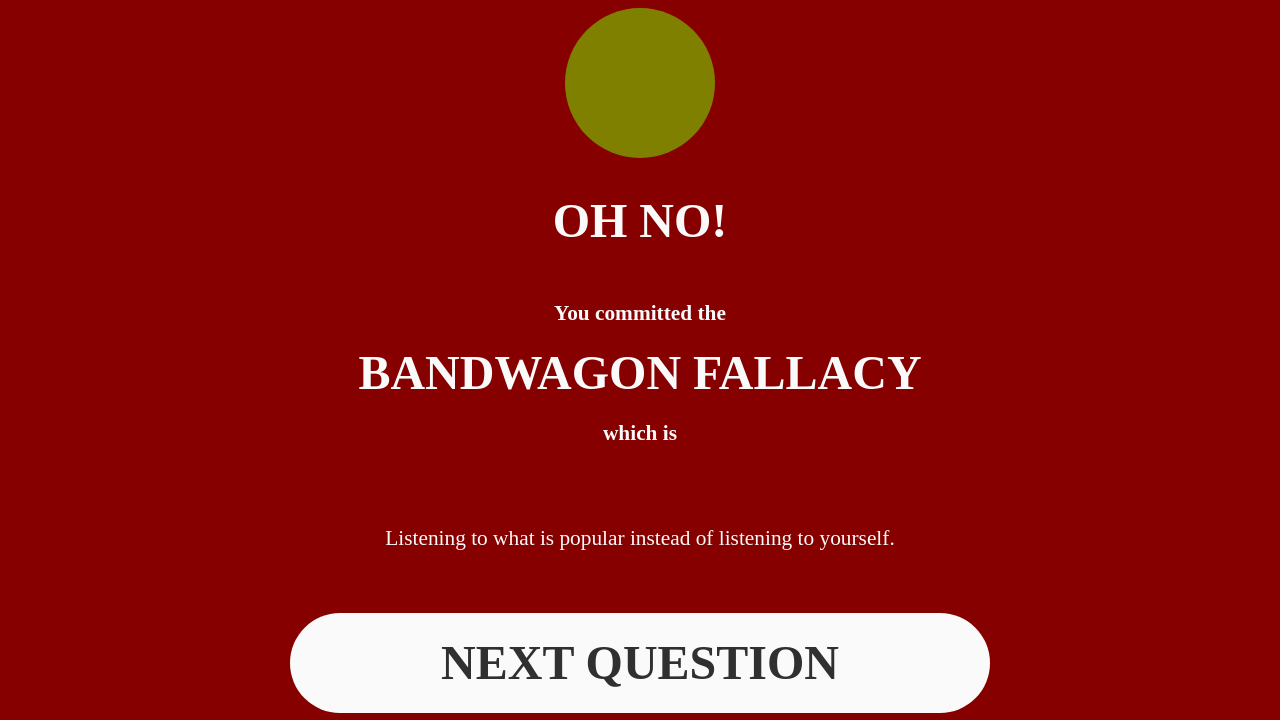
Repository: cindyvunguyen/fallacy
Page: index.html
The author's editor kept a copy of each file at every save. The page is drawn from the files as they stood at one save, then again after the next save.
The browser window is 1280 px wide. The pictures show the whole page.
After loading, the first visible `button.white-button` was clicked once.
Some web fonts or font styles are not loaded; a fallback is used.

Above is the page before, as saved 2020-03-13 14:29:04.

### index.html
<!DOCTYPE html>
<html lang="en">
<head>
    <meta charset="UTF-8">
    <meta name="viewport" content="width=device-width, initial-scale=1.0">
    <title>FALLACIES</title>
    <link href="style.css" rel="stylesheet" type="text/css">
</head>
<body>
    <div id="app">

        <!-- CINDY START -->

        <div id="home-page"></div>

        <div id="lets-start-page"></div>

        <div id="question-page"></div>

        <!-- CINDY END -->

        <!-- SOPHIA START -->

        <!-- when making it one page -->

        <div id="correct-incorrect-page">
            <div id="icon"></div>
            <div id="cip-text1">HORRAY!</div> <!-- incorrect, change to "oh no!" -->
            <div id="cip-a-outcome">
                <div id="cip-text2">You avoided the</div> <!-- icorrect, change to "you committed the"-->
                <div id="cip-fallacy">BANDWAGON FALLACY</div>
                <div id="cip-text2">which is</div>
            </div>
            <div id="cip-definition">Listening to what is popular instead of listening to yourself.</div>
            <button class="white-button" onclick="switchPage()">NEXT QUESTION</button>
        </div>

        <!-- the two above pages technically have the same HTML. so you can only have 1 div and change the CSS through JS. it's entirely up to you. -->

        <div id="results-page">
            <div id="rp-text">
                <div id="rp-message">YOU GOT...</div> <!-- game over, change to "game over" -->
                <div id="rp-results"># out of 10 scenarios</div>  <!-- game over, change to "you commited too many fallacies" -->
                <div id="rp-message">AMAZING JOB!</div> <!-- game over, message disappears -->
            </div>
            <button class="grey-button">VIEW FALLACIES</button>
        </div>

        <div id="game-over-page">
            <div id="gop-text">
                <div id="gop-message">GAME OVER</div>
                <div id="gop-results">you committed too many fallacies</div>
            </div>
            <button class="grey-button">VIEW FALLACIES</button>
        </div>

        <!-- the two above pages technically have the same HTML, so you can only have 1 div and change the CSS through JS. it's entirely up to you. -->

        <!-- SOPHIA END -->

        <!-- CHLOE START -->

        <div id="review-page"></div>

        <div id="review2-page"></div>

        <div id="fallacy-review-page"></div>

        <div id="three-fallacies-page"></div>
        <!-- change the page's content with JS to show all three fallacies when clicked -->

        <!-- CHLOE END -->
        <script src="js.js"></script>
    </div>
</body>
</html>

### style.css
body {
    margin: 0;
}

#app {
    width: 100vw;
    height: 100vh;
    font-family: Visby;
    background-color: #468091;
    color: #FAFAFA;
}

@font-face {
    font-family: Visby;
    src: url(fonts/VisbyRoundCF-Regular.otf) format("woff");
}

@font-face {
    font-family: Visby;
    src: url(fonts/VisbyRoundCF-ExtraBold.otf) format("woff");
    font-weight: bold;
}

.pink-button {
    height: 100px;
    width: 700px;
    background-color: #ed2265;
    border: 0px;
    border-radius: 75px;
    font-family: Visby;
    font-weight: bold;
    font-size: 36pt;
    color: #FAFAFA;
    outline: 0;
}

.pink-button:active {
    background-color: #9c1542;
}

.white-button {
    height: 100px;
    width: 700px;
    background-color: #FAFAFA;
    border: 0px;
    border-radius: 75px;
    font-family: Visby;
    font-weight: bold;
    font-size: 36pt;
    color: #303030;
    outline: 0;
}

.white-button:active {
    background-color: #9e9e9e;
}

.grey-button {
    height: 100px;
    width: 700px;
    background-color: #303030;
    border: 0px;
    border-radius: 75px;
    font-family: Visby;
    font-weight: bold;
    font-size: 36pt;
    color: #FAFAFA;
    outline: 0;
}

.grey-button:active {
    background-color: #000000;
}

/* CINDY START */

/* CINDY END */

/* SOPHIA START */

/* correct page */
#correct-incorrect-page {
    width: 100vw;
    height: 100vh;
    display: flex;
    /* display: none; */
    flex-direction: column;
    align-items: center;
    justify-content: center;
    background-color: #6eb748; /* incorrect, change to #860000*/
}

#icon {
    background-color: olive;
    width: 150px;
    height: 150px;
    border-radius: 50%;
}

#cip-text1 {
    font-size: 36pt;
    font-weight: bold;
    padding: 35px 0;
}

#cip-text2 {
    font-size: 16pt;
    font-weight: bold;
}

#cip-fallacy {
    font-size: 36pt;
    font-weight: bold;
}

#cip-definition {
    font-size: 16pt;
    line-height: 150px;
}

#cip-a-outcome {
    line-height: 60px;
    display: flex;
    flex-direction: column;
    align-items: center;
    justify-content: center;
}

/* results page */
#results-page {
    width: 100vw;
    height: 100vh;
    /* display: flex; */
    display: none;
    flex-direction: column;
    align-items: center;
    justify-content: center;
    /* background-color: #860000; */ /* for game over page when combined */
}

#rp-text {
    padding: 0 0 75px 0;
    line-height: 75px;
    display: flex;
    flex-direction: column;
    align-items: center;
    justify-content: center;
}

#rp-message {
    font-size: 48pt;
    font-weight: bold;
}

#rp-results {
    font-size: 16pt;
    font-weight: bold;
}

#game-over-page {
    width: 100vw;
    height: 100vh;
    /* display: flex; */
    display: none;
    flex-direction: column;
    align-items: center;
    justify-content: center;
    background-color: #860000; /* for game over page when combined */
}

#gop-text {
    padding: 0 0 75px 0;
    line-height: 75px;
    display: flex;
    flex-direction: column;
    align-items: center;
    justify-content: center;
}

#gop-message {
    font-size: 48pt;
    font-weight: bold;
}

#gop-results {
    font-size: 16pt;
    font-weight: bold;
}

/* SOPHIA END */

/* CHLOE START */

/* CHLOE END */

### js.js
// CINDY START

// CINDY END

// SOPHIA START

//            fallacy:"BANDWAGON FALLACY",
//            definition:"Listening to what is popular instead of listening to yourself."

//            fallacy:"APPEAL TO EMOTIONS",
//            definition:"Using people's feelings to convince them or win an argument."

//            fallacy:"AD HOMINEM",
//            definition:"Attacking someone instead of listening to what they're saying."

function switchPage() {
    document.querySelector("#correct-incorrect-page").style.backgroundColor = "#860000";
    document.querySelector("#cip-text1").innerText = "OH NO!";
    document.querySelector("#cip-text2").innerText = "You committed the";
}

// SOPHIA END

// CHLOE START

// CHLOE END

After the next save:
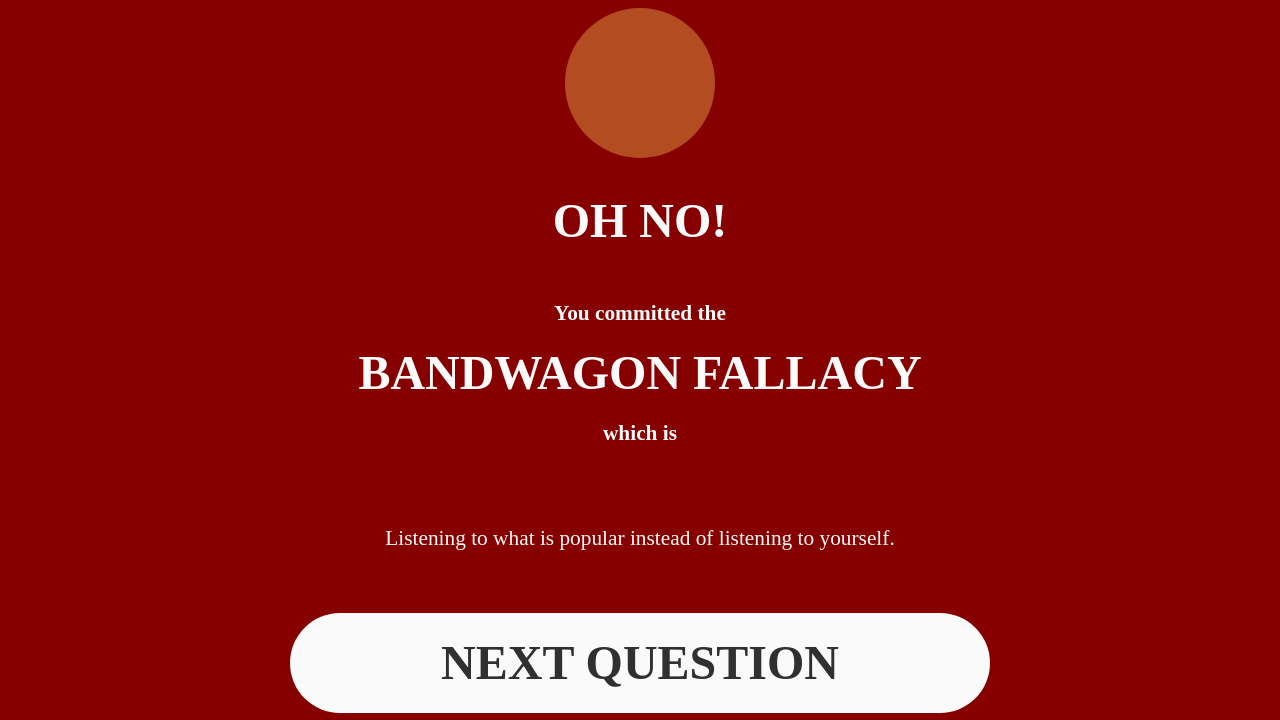
Saved 63 s later.
--- a/js.js
+++ b/js.js
@@ -17,6 +17,7 @@ function switchPage() {
     document.querySelector("#correct-incorrect-page").style.backgroundColor = "#860000";
     document.querySelector("#cip-text1").innerText = "OH NO!";
     document.querySelector("#cip-text2").innerText = "You committed the";
+    document.querySelector("#icon").style.backgroundColor = "#b34c20";
 }
 
 // SOPHIA END
